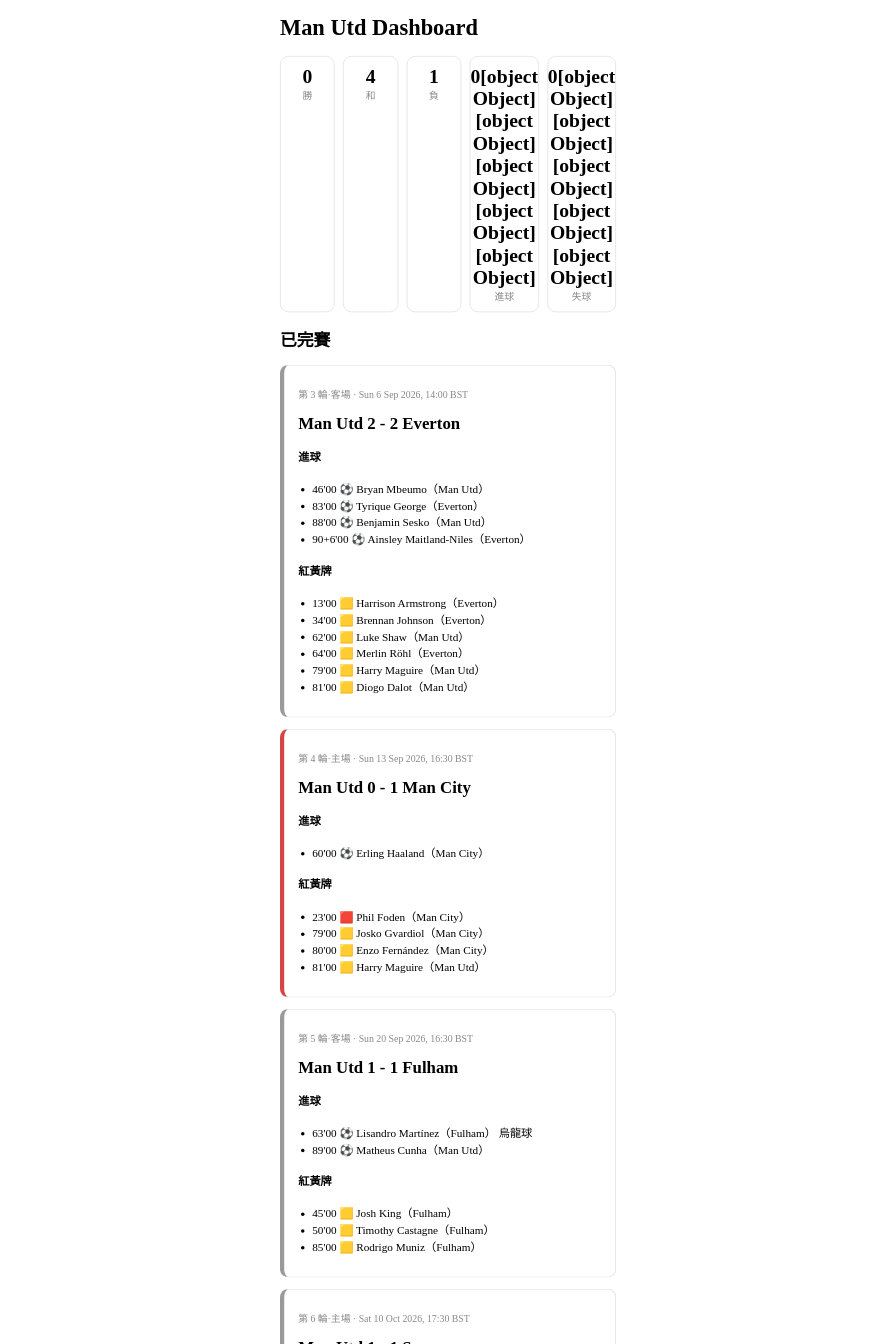
Repository: Chengyu0814/Premier-League-Dashboard
Page: / (app in frontend/)
An editor plug-in stored every save of this project. The page is shown before and after the next save, followed by the edit.
The browser window is 1280 px wide. The pictures show the part of the page from y = 0 to 1920 px (the page is 3296 px tall before and 3488 px after), at 70% of full size.
The project was rebuilt for these pictures with package versions that can differ from the ones it lists, and the page was loaded fresh each time. Also part of the build but not shown: frontend/vite.config.js.

Above is the page before, as saved 2026-10-26 16:31:20.

After the next save:
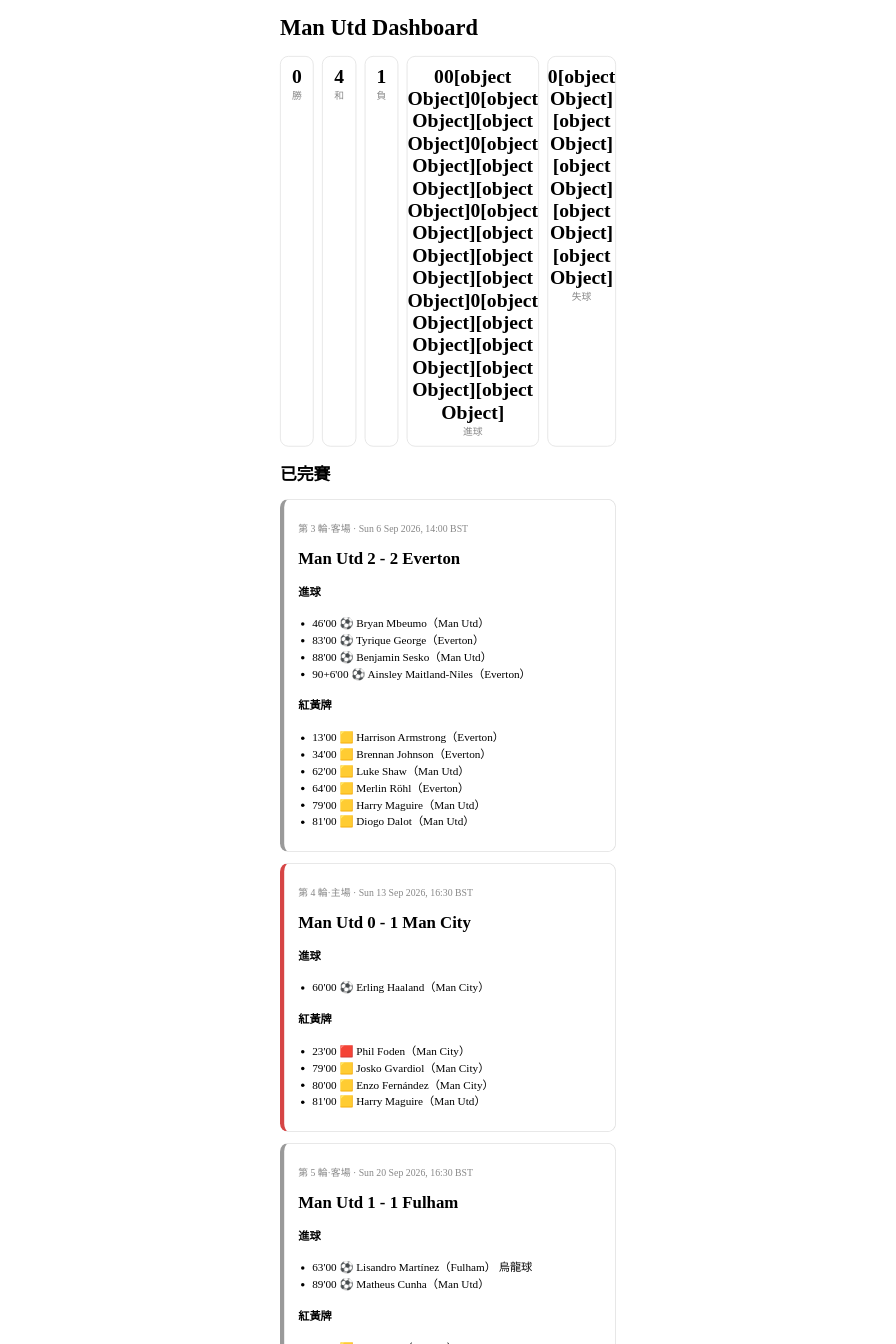
Saved 57 s later.
--- a/frontend/src/Summary.jsx
+++ b/frontend/src/Summary.jsx
@@ -7,7 +7,7 @@
 
         const {us, them, result} = getResult(m)
 
-        goalsFor += us
+        goalsFor +=
         goalsAgainst += them
         if (result==="W") win++
         else if (result==="D") draw++

After the save that followed:
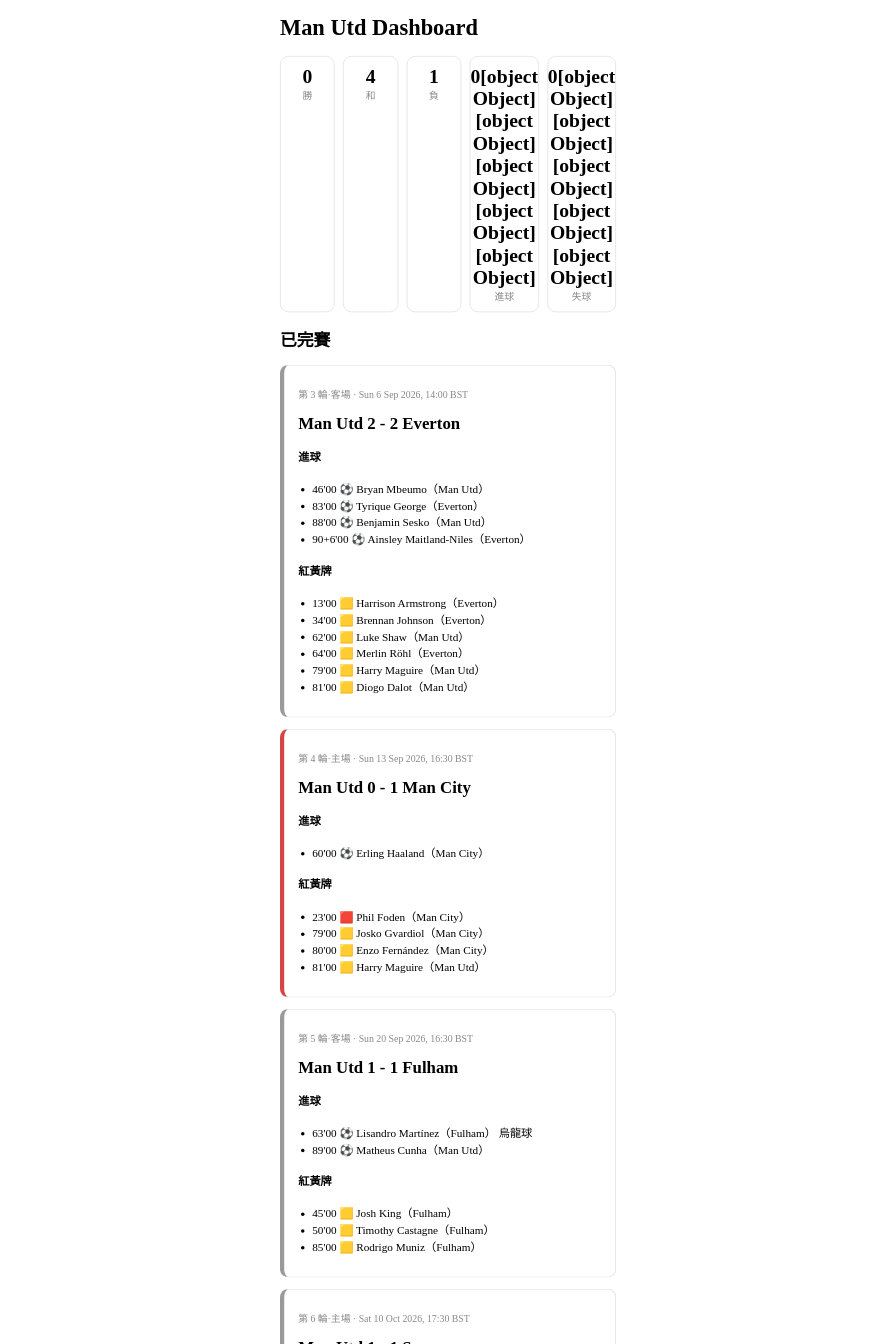
Saved 10 s later.
--- a/frontend/src/Summary.jsx
+++ b/frontend/src/Summary.jsx
@@ -7,7 +7,7 @@
 
         const {us, them, result} = getResult(m)
 
-        goalsFor +=
+        goalsFor += us
         goalsAgainst += them
         if (result==="W") win++
         else if (result==="D") draw++
